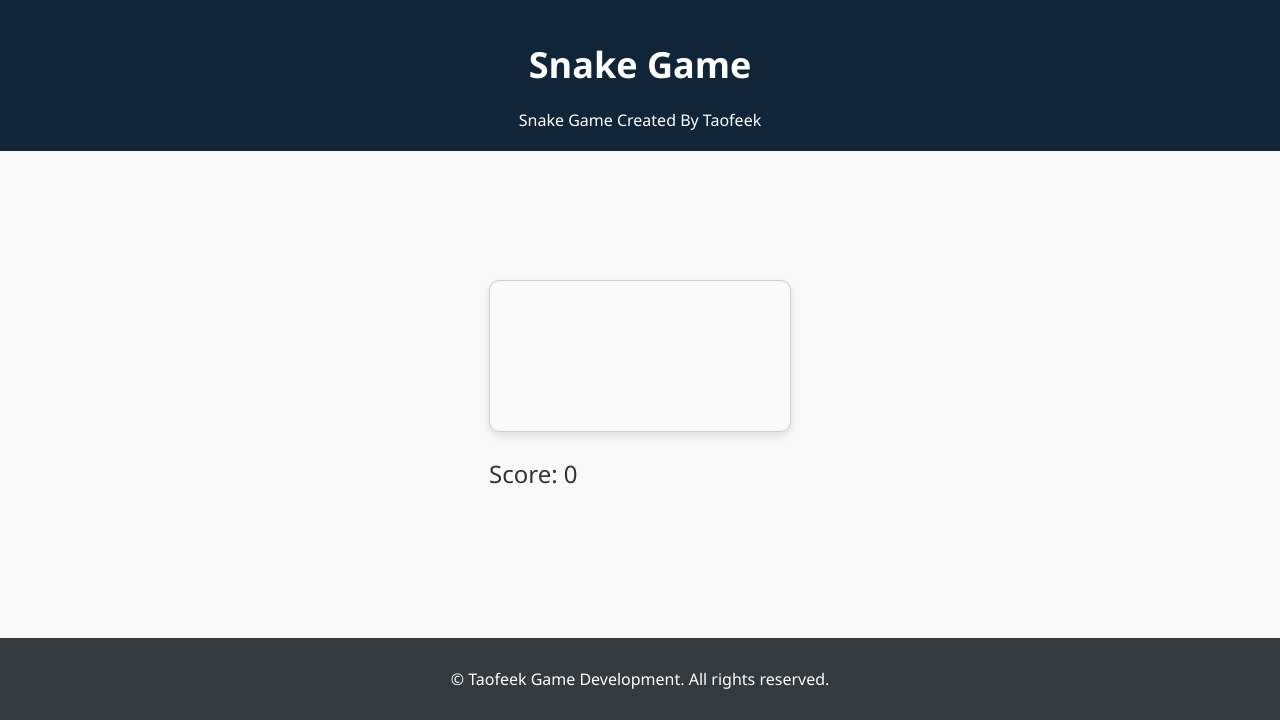
Repository: Taofeekolusola/Landing-page
Page: index.html
These files come from the project's save history. The page is drawn as it stood at one moment and after a run of saves; the edit follows.
The browser window is 1280 px wide. The pictures show the whole page.

Above is the page before, as saved 2024-05-06 18:14:39.
Not found: script.js

After the next 10 saves:
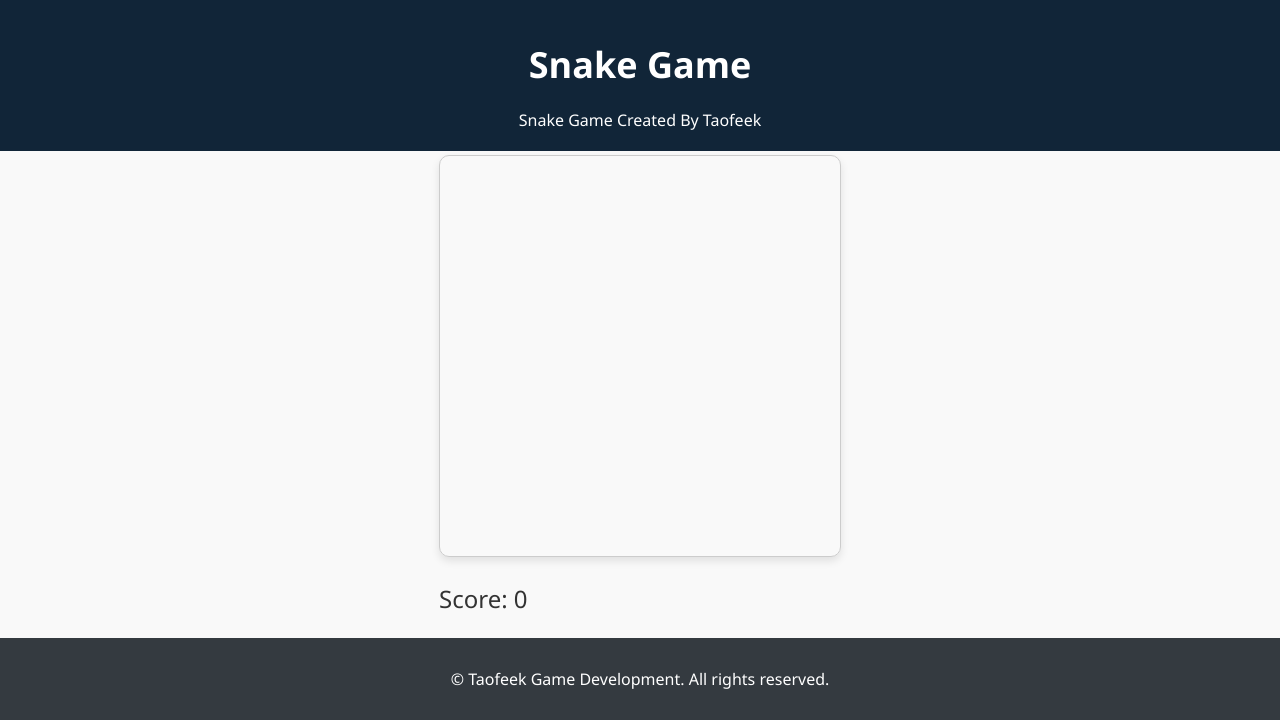
The 10 saves are shown as one change because they came seconds apart.
The last was saved 32 s later.
--- a/styles.css
+++ b/styles.css
@@ -28,7 +28,8 @@ header h1 {
 }
 
 .snake {
-    id="gameCanvas" width="400" height="400"
+    height: 400px;
+    width: 400px;
 }
 
 main {
